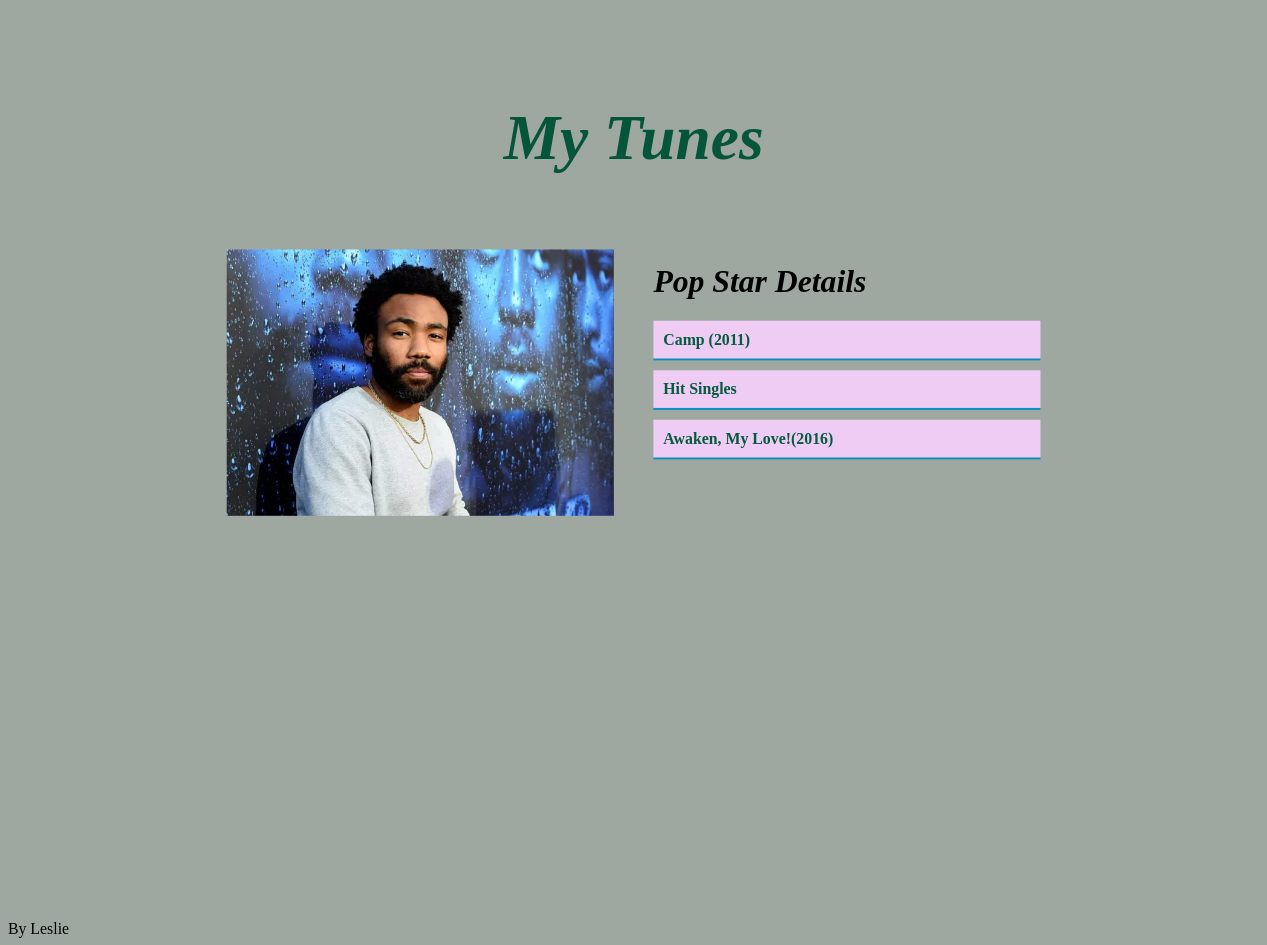
Repository: leslie179/labOne
Page: /
These files come from the project's save history. The page is drawn as it stood at one moment and after the next save; the edit follows.
The browser window is 1280 px wide. The pictures show the whole page, at 99% of full size.
The project was rebuilt for these pictures with package versions that can differ from the ones it lists, and the page was loaded fresh each time. The framework's server and built-in components were replaced by stand-ins that run in the browser. Also part of the build but not shown: next.config.js, components/Footer/Footer.module.css.

Above is the page before, as saved 2024-09-15 23:05:34.

After the next save:
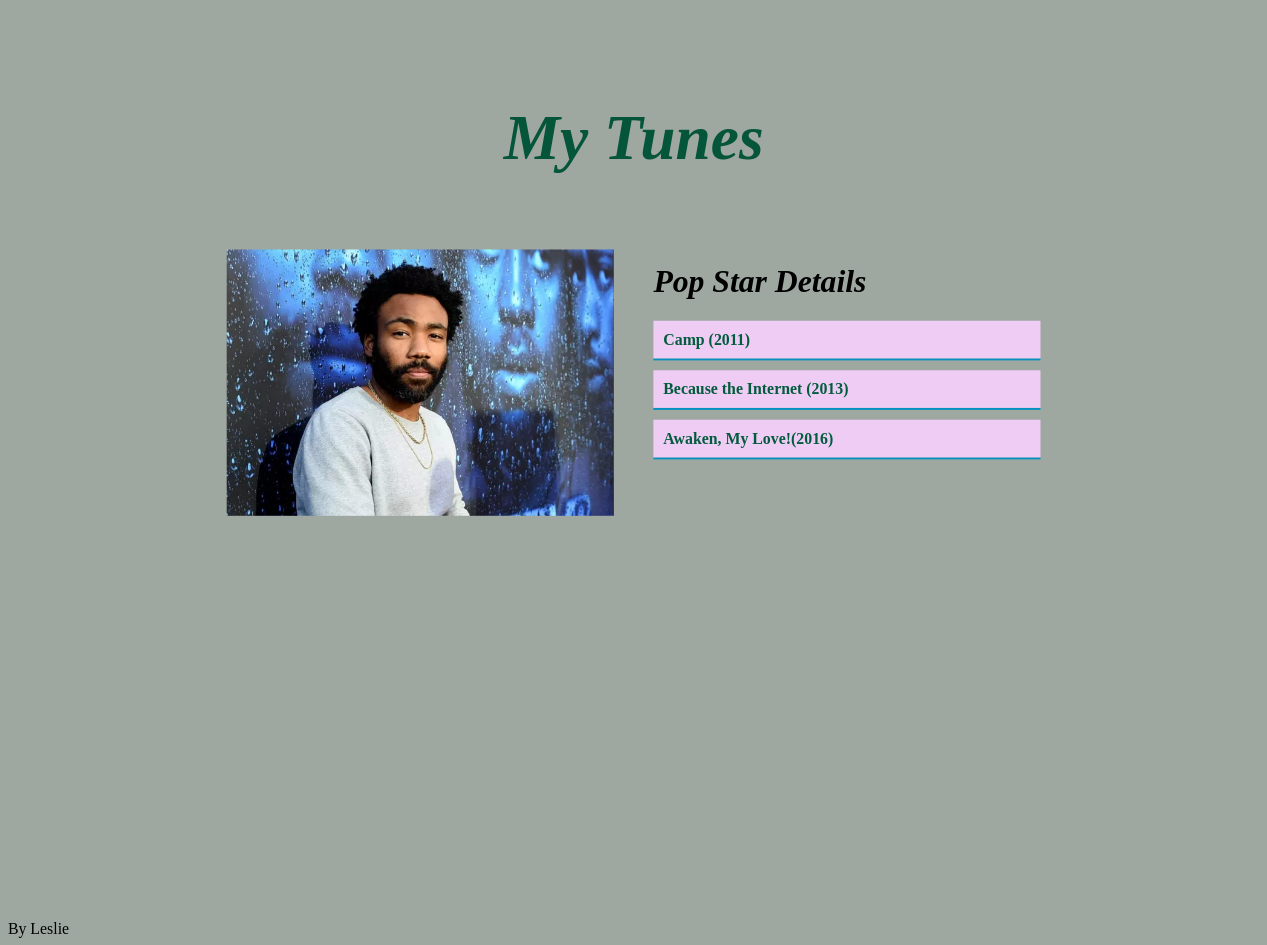
Saved 7 s later.
--- a/components/RightComponent/index.js
+++ b/components/RightComponent/index.js
@@ -14,7 +14,7 @@ export default function RightComponent() {
             content: '"Bonfire" \n"Heartbeat" \n"Fire Fly"'
         },
         {
-            title: 'Hit Singles',
+            title: 'Because the Internet (2013)',
             content: '"3005"\n "Sweatpantss"\n "Telegraph Ave."'
         },
         {
